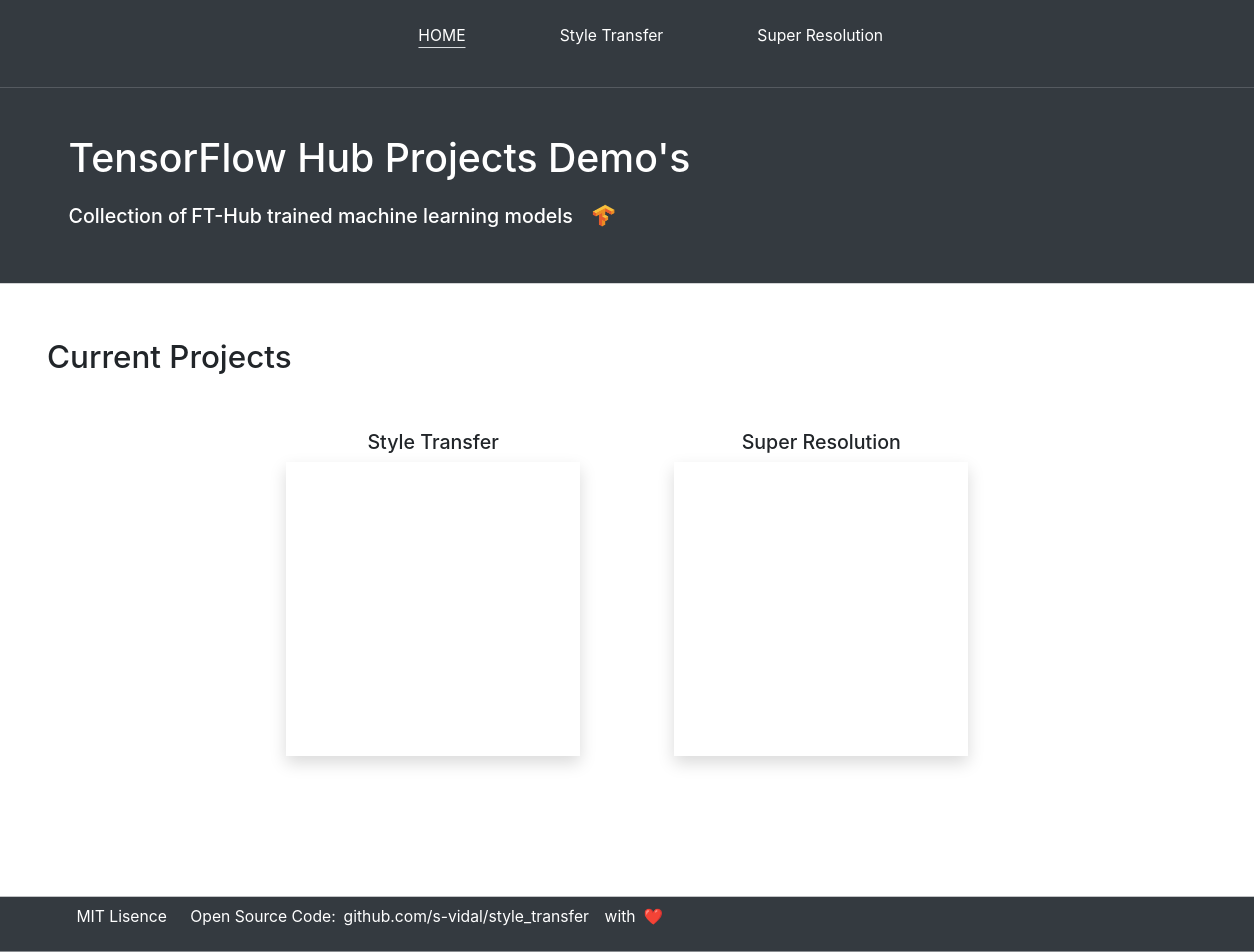
Repository: s-vidal/style_transfer
Page: / (app in client/)
The author's editor kept a copy of each file at every save. The page is drawn from the files as they stood at one save, then again after a run of saves.
The browser window is 1280 px wide. The pictures show the whole page, at 98% of full size.
The page's requests for data from a server got no answer. The project was rebuilt for these pictures with package versions that can differ from the ones it lists, and the page was loaded fresh each time. A package was used in the major version that the imports need, not the one package.json lists. No one was signed in, and anything a server would have sent is missing. Also part of the build but not shown: client/src/components/DropZone.jsx, client/src/lib/api.js, client/src/components/Inference.jsx, client/src/components/Header.jsx, client/src/pages/StyleTransfer.jsx, client/src/pages/SuperResolution.jsx.

Above is the page before, as saved 2020-09-30 16:22:21.

### client/public/index.html
<!DOCTYPE html>
<html lang="en">
  <head>
    <meta charset="utf-8" />
    <link rel="icon" href="%PUBLIC_URL%/favicon.ico" />
    <meta name="viewport" content="width=device-width, initial-scale=1" />
    <meta name="theme-color" content="#000000" />
    <meta
      name="description"
      content="Web site created using create-react-app"
    />
    <link rel="apple-touch-icon" href="%PUBLIC_URL%/logo192.png" />
    <!--
      manifest.json provides metadata used when your web app is installed on a
      user's mobile device or desktop. See https://developers.google.com/web/fundamentals/web-app-manifest/
    -->
    <link rel="manifest" href="%PUBLIC_URL%/manifest.json" />
    <!--
      Notice the use of %PUBLIC_URL% in the tags above.
      It will be replaced with the URL of the `public` folder during the build.
      Only files inside the `public` folder can be referenced from the HTML.

      Unlike "/favicon.ico" or "favicon.ico", "%PUBLIC_URL%/favicon.ico" will
      work correctly both with client-side routing and a non-root public URL.
      Learn how to configure a non-root public URL by running `npm run build`.
    -->
    <!-- CSS only -->
    <link
      rel="stylesheet"
      href="https://stackpath.bootstrapcdn.com/bootstrap/4.5.2/css/bootstrap.min.css"
      integrity="sha384-JcKb8q3iqJ61gNV9KGb8thSsNjpSL0n8PARn9HuZOnIxN0hoP+VmmDGMN5t9UJ0Z"
      crossorigin="anonymous"
    />
    <title>React App</title>
  </head>
  <body>
    <noscript>You need to enable JavaScript to run this app.</noscript>
    <div id="root"></div>
    <!--
      This HTML file is a template.
      If you open it directly in the browser, you will see an empty page.

      You can add webfonts, meta tags, or analytics to this file.
      The build step will place the bundled scripts into the <body> tag.

      To begin the development, run `npm start` or `yarn start`.
      To create a production bundle, use `npm run build` or `yarn build`.
    -->
    <!-- JS, Popper.js, and jQuery -->
    <script
      src="https://code.jquery.com/jquery-3.5.1.slim.min.js"
      integrity="sha384-DfXdz2htPH0lsSSs5nCTpuj/zy4C+OGpamoFVy38MVBnE+IbbVYUew+OrCXaRkfj"
      crossorigin="anonymous"
    ></script>
    <script
      src="https://cdn.jsdelivr.net/npm/popper.js@1.16.1/dist/umd/popper.min.js"
      integrity="sha384-9/reFTGAW83EW2RDu2S0VKaIzap3H66lZH81PoYlFhbGU+6BZp6G7niu735Sk7lN"
      crossorigin="anonymous"
    ></script>
    <script
      src="https://stackpath.bootstrapcdn.com/bootstrap/4.5.2/js/bootstrap.min.js"
      integrity="sha384-B4gt1jrGC7Jh4AgTPSdUtOBvfO8shuf57BaghqFfPlYxofvL8/KUEfYiJOMMV+rV"
      crossorigin="anonymous"
    ></script>
  </body>
</html>

### client/src/App.js
import React from "react";
import {BrowserRouter as Router, Switch, Route} from "react-router-dom";
import "./App.css";
import StyleTransfer from "./pages/StyleTransfer";
import SuperResolution from "./pages/SuperResolution";
import Footer from "./components/Footer";
import NavBar from "./components/NavBar";
import HomePage from "./pages/HomePage";

function App() {
  return (
    <div>
      <Router>
        <NavBar />
        <Switch>
          <Route path="/super-resolution">
            <SuperResolution />
          </Route>
          <Route path="/style-transfer">
            <StyleTransfer />
          </Route>
          <Route path="/">
            <HomePage />
          </Route>
        </Switch>
        <Footer />
      </Router>
    </div>
  );
}

export default App;

### client/src/App.css
.vh-59 {
  min-height: 48vh;
}

.italic {
  font-style: italic;
}

### client/src/components/Footer.jsx
import React from "react";

const Footer = () => {
  return (
    <div className="text-white bg-dark">
      <div className="container mt-5">
        <div className="row p-2 mt-4">
          <p className="mr-4">MIT Lisence</p>
          <p>Open Source Code:</p>
          <a
            className="ml-2 text-white"
            href="https://github.com/s-vidal/style_transfer"
          >
            <span>github.com/s-vidal/style_transfer</span>
          </a>
          <p className="ml-3 mr-1"> with </p>
          <span role="img" aria-label="emoji" className="ml-1">
            ❤️
          </span>
        </div>
      </div>
    </div>
  );
};

export default Footer;

### client/src/components/NavBar.jsx
import React, {useState, useEffect} from "react";
import {Link, useLocation} from "react-router-dom";
import "./NavBar.css";

const NavBar = () => {
  const [currentPage, setCurrentPage] = useState("");
  const location = useLocation();

  useEffect(() => {
    const currentPath = location.pathname;
    setCurrentPage(currentPath.substring(1));
  }, [location]);

  return (
    <nav className="navbar navbar-expand-lg d-flex justify-content-center bg-dark pt-3 pb-3">
      <ul className="navbar-nav">
        <li className="nav-item">
          <Link className="nav-link pl-5 pr-5" to={"/"}>
            <div className="ml-5 ">
              <p
                className={
                  currentPage === ""
                    ? "text-white nav-text active border-bottom"
                    : "text-white nav-text"
                }
              >
                HOME
              </p>
            </div>
          </Link>
        </li>
        <li className="nav-item">
          <Link
            className="nav-link pl-5 pr-5 text-white"
            to={"/style-transfer"}
          >
            <p
              className={
                currentPage === "style-transfer"
                  ? "text-white nav-text active border-bottom"
                  : "text-white nav-text"
              }
            >
              Style Transfer
            </p>
          </Link>
        </li>
        <li className="nav-item active">
          <Link
            className="nav-link pl-5 pr-5 text-white"
            to={"/super-resolution"}
          >
            <p
              className={
                currentPage === "super-resolution"
                  ? "text-white nav-text active border-bottom"
                  : "text-white nav-text"
              }
            >
              Super Resolution
            </p>
          </Link>
        </li>
      </ul>
    </nav>
  );
};

export default NavBar;

### client/src/pages/HomePage.jsx
import React from "react";
import "../components/HomePage.css";

const HomePage = () => {
  return (
    <>
      <div className="bg-dark text-white p-4 pt-5 pb-5">
        <div className="container">
          <div className="row">
            <h1>TensorFlow Hub Projects Demo's</h1>
          </div>
          <div className="row mt-3">
            <h5>Collection of</h5>
            <a
              href="https://tfhub.dev/google/magenta/arbitrary-image-stylization-v1-256/2"
              className="pl-1 pr-1 text-white"
            >
              <h5>FT-Hub trained machine learning models</h5>
            </a>
            <img
              className="ml-3"
              src={require("../img/tf_logo.png")}
              alt="tf"
              width="22"
              height="22"
            ></img>
          </div>
        </div>
      </div>
      <div className="vh-59 p-5 pb-0">
        <div className="">
          {/* <h5 className="mb-4">Recourse designed to display, explain and test TF-Hb models</h5> */}
          <div>
            <h2 className="mt-2">Current Projects</h2>
          </div>
          <div className="row d-flex justify-content-center">
            <div className="m-5">
              <h5 className="text-center">Style Transfer</h5>
              <div className="home-item shadow"></div>
            </div>
            <div className="m-5">
              <h5 className="text-center"> Super Resolution</h5>
              <div className="home-item shadow"></div>
            </div>
          </div>
        </div>
      </div>
    </>
  );
};

export default HomePage;

### client/src/components/NavBar.css
.nav-text:hover {
  border-bottom: 1px solid white;
  transition-duration: 0.5s ease-in-out;
}

### client/src/components/HomePage.css
.home-item {
  min-width: 300px;
  min-height: 300px;
}
.home-item:hover {
  cursor: pointer;
  transform: translate(3px, 3px);
  transition-duration: 0.5s ease-in-out;
}

Loaded but not shown: client/src/index.js (common file); client/src/index.css (common file); client/src/serviceWorker.js (common file)

After the next 2 saves:
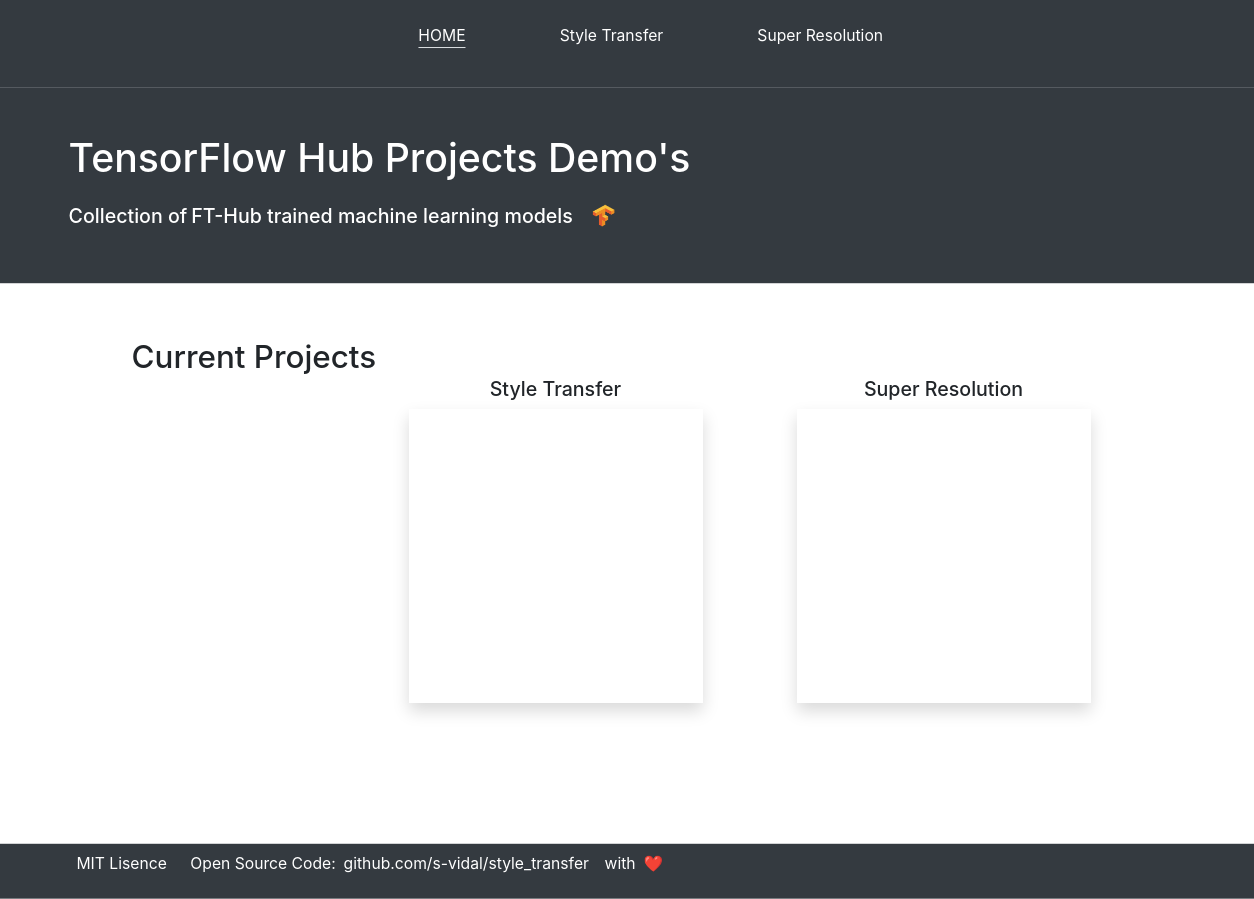
The 2 saves are shown as one change because they came seconds apart.
The last was saved 30 s later.
--- a/client/src/pages/HomePage.jsx
+++ b/client/src/pages/HomePage.jsx
@@ -28,7 +28,7 @@
         </div>
       </div>
       <div className="vh-59 p-5 pb-0">
-        <div className="">
+        <div className="d-flex justify-content-center">
           {/* <h5 className="mb-4">Recourse designed to display, explain and test TF-Hb models</h5> */}
           <div>
             <h2 className="mt-2">Current Projects</h2>

After the save that followed:
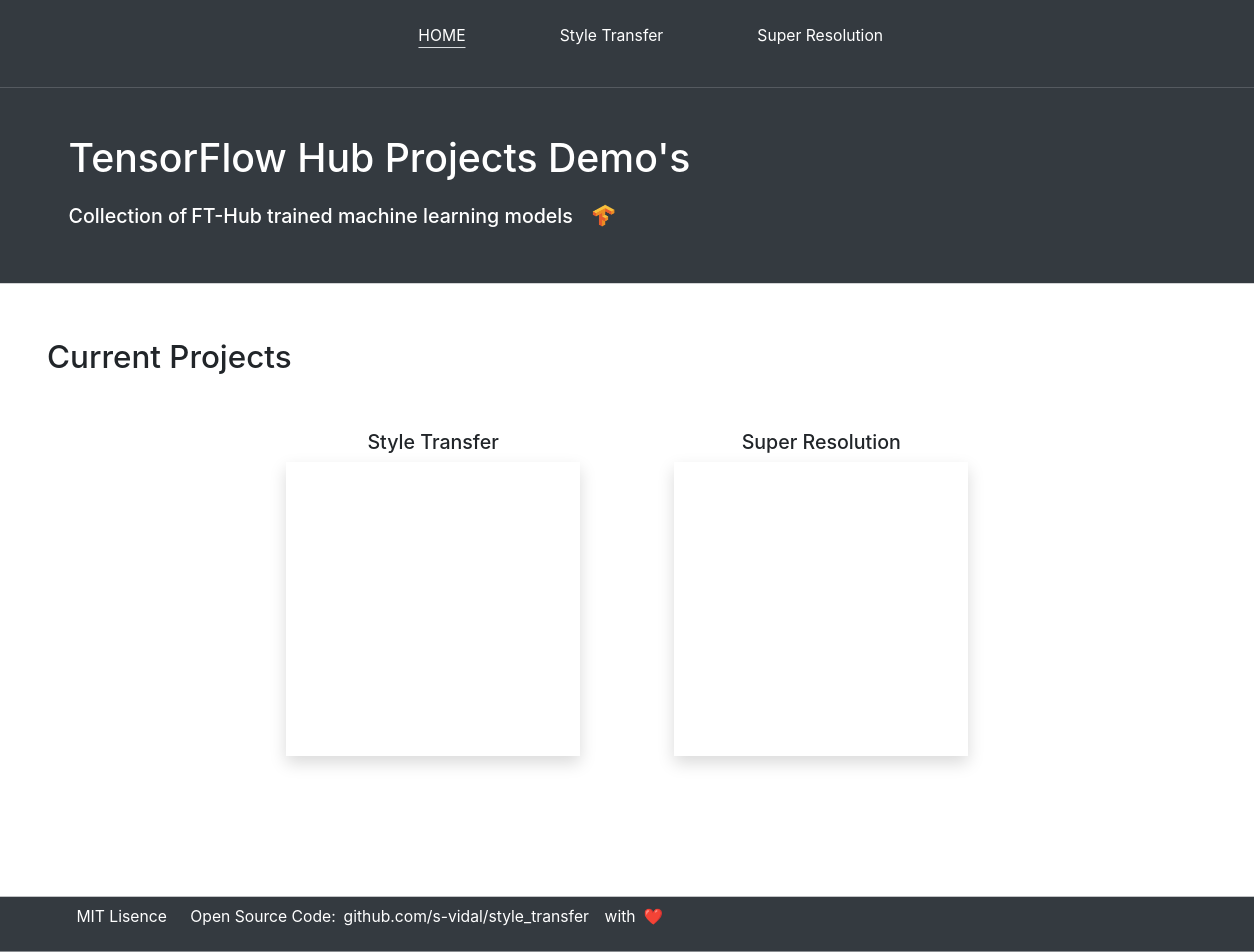
Saved 5 s later.
--- a/client/src/pages/HomePage.jsx
+++ b/client/src/pages/HomePage.jsx
@@ -28,7 +28,7 @@
         </div>
       </div>
       <div className="vh-59 p-5 pb-0">
-        <div className="d-flex justify-content-center">
+        <div className="">
           {/* <h5 className="mb-4">Recourse designed to display, explain and test TF-Hb models</h5> */}
           <div>
             <h2 className="mt-2">Current Projects</h2>
